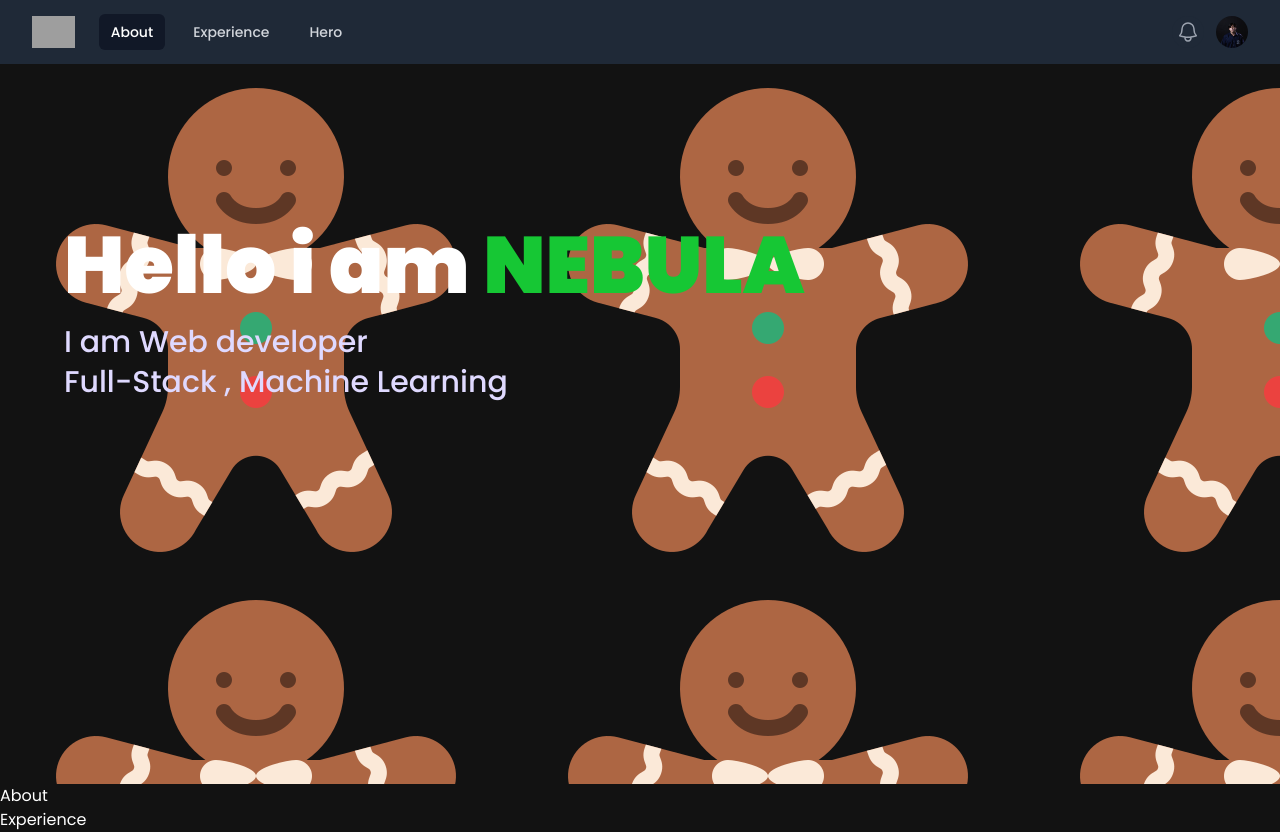
Repository: supakorn5039-boon/React-f
Page: /
The author's editor kept a copy of each file at every save. The page is drawn from the files as they stood at one save, then again after the next save.
The browser window is 1280 px wide. The pictures show the whole page.
Pictures or frames that could not be fetched are drawn as grey boxes. The project was rebuilt for these pictures with package versions that can differ from the ones it lists, and the page was loaded fresh each time. Also part of the build but not shown: vite.config.js.

Above is the page before, as saved 2024-01-09 15:04:08.

After the next save:
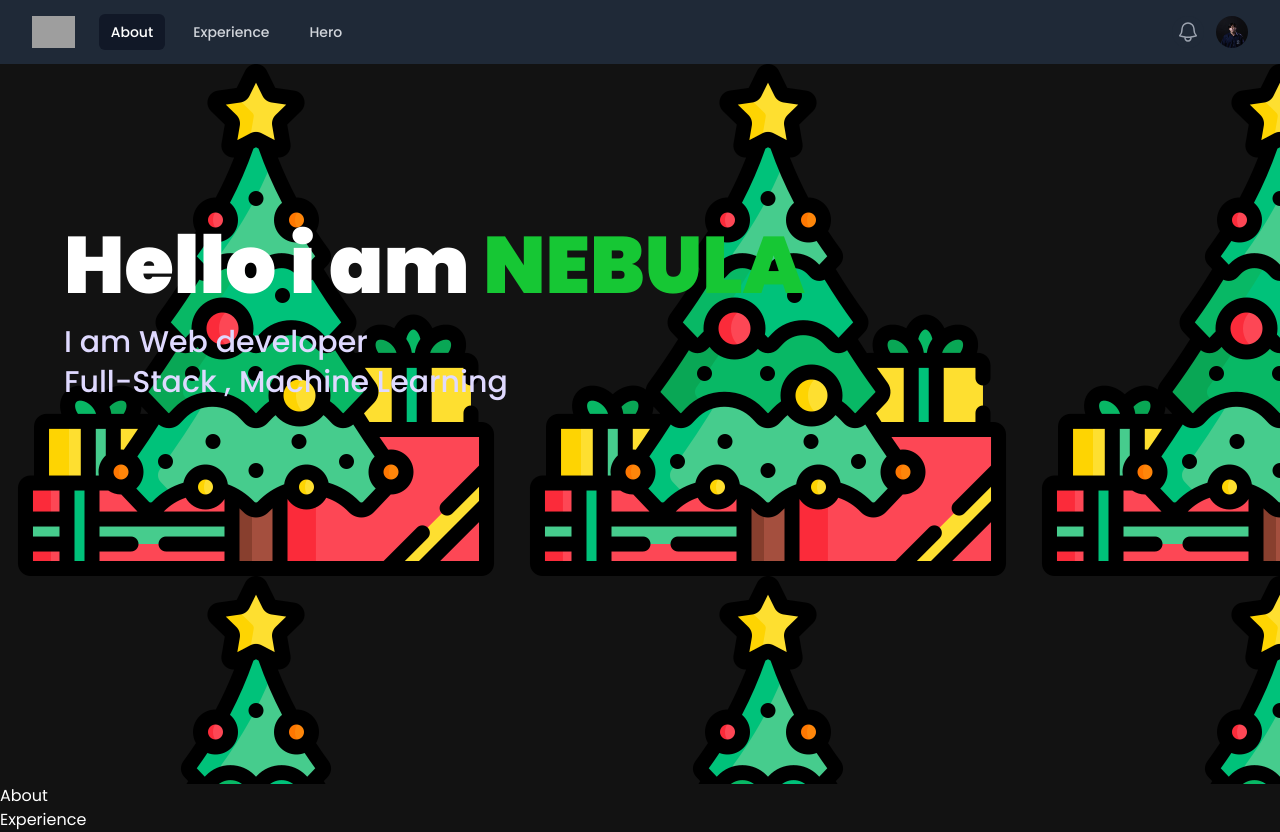
Saved 5 min 8 s later.
--- a/src/index.css
+++ b/src/index.css
@@ -13,7 +13,7 @@
   color-scheme: dark;
 }
 .bg-boon {
-  background-image: url("./assets/gingerbread-man.png");
+  background-image: url("./assets/christmas-tree.png");
 }
 .section {
   position: absolute;
